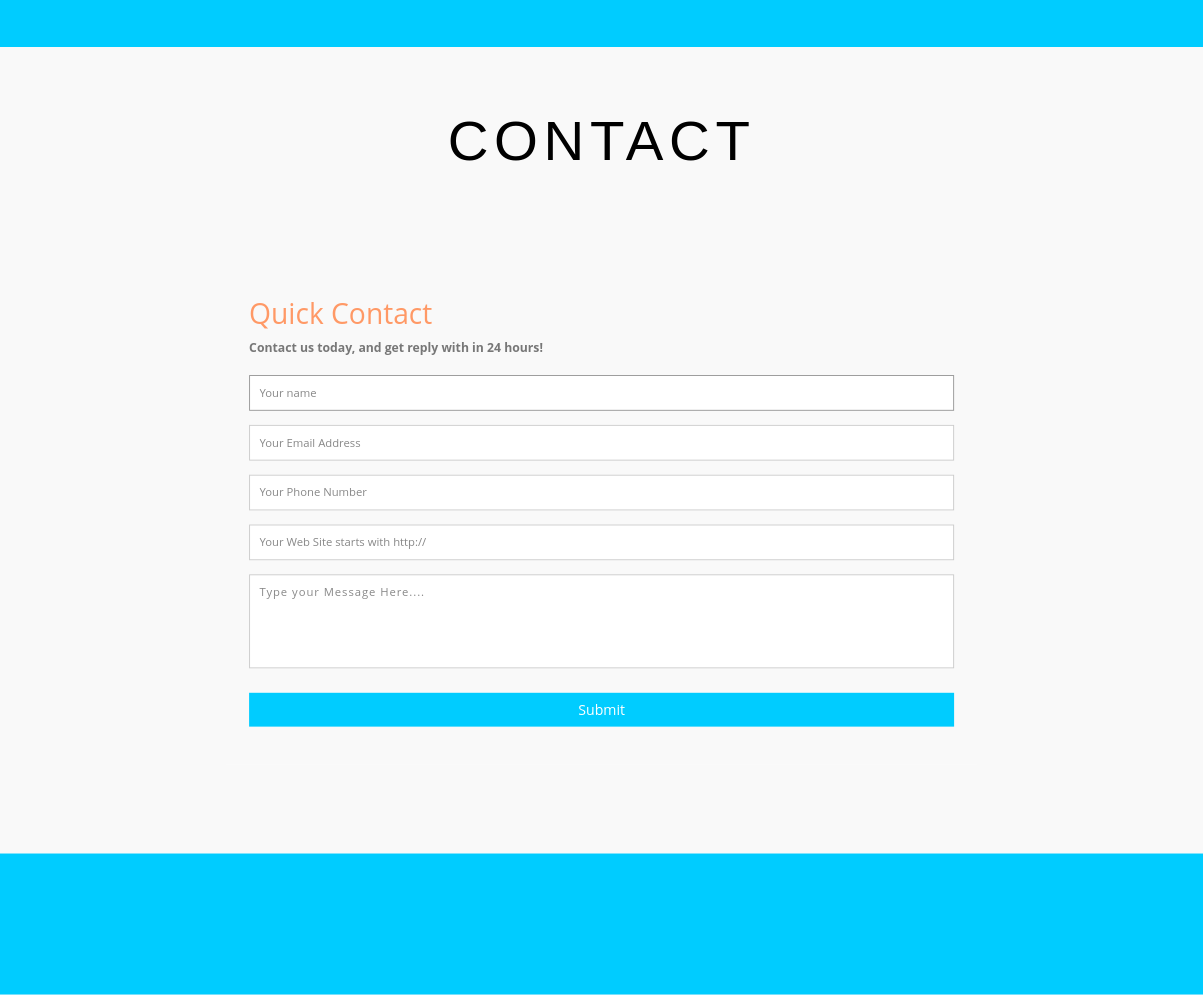
Repository: 365dayschallenge/interface_uniliver
Page: contact.html
An editor plug-in stored every save of this project. The page is shown before and after the next save, followed by the edit.
The browser window is 1280 px wide. The pictures show the whole page, at 94% of full size.

Above is the page before, as saved 2022-12-18 18:20:11.

### contact.html
<!DOCTYPE html>
<html lang="en">
<head>
    <meta charset="UTF-8">
    <meta http-equiv="X-UA-Compatible" content="IE=edge">
    <meta name="viewport" content="width=device-width, initial-scale=1.0">
    <title>Contact</title>
    <link rel="stylesheet" href="./css/contact.css">
   <link
      rel="stylesheet"
      href="https://cdnjs.cloudflare.com/ajax/libs/font-awesome/6.2.1/css/all.min.css"
      integrity="sha512-MV7K8+y+gLIBoVD59lQIYicR65iaqukzvf/nwasF0nqhPay5w/9lJmVM2hMDcnK1OnMGCdVK+iQrJ7lzPJQd1w=="
      crossorigin="anonymous"
      referrerpolicy="no-referrer"
    /></head>
<body>
  <section id="contact">

  <h1 class="section-header">Contact</h1>

  <div class="contact-wrapper">

  <!-- Left contact page -->
  <form id="contact" action="" method="post">
    <h3>Quick Contact</h3>
    <h4>Contact us today, and get reply with in 24 hours!</h4>
    <fieldset>
      <input placeholder="Your name" type="text" tabindex="1" required autofocus>
    </fieldset>
    <fieldset>
      <input placeholder="Your Email Address" type="email" tabindex="2" required>
    </fieldset>
    <fieldset>
      <input placeholder="Your Phone Number" type="tel" tabindex="3" required>
    </fieldset>
    <fieldset>
      <input placeholder="Your Web Site starts with http://" type="url" tabindex="4" required>
    </fieldset>
    <fieldset>
      <textarea placeholder="Type your Message Here...." tabindex="5" required></textarea>
    </fieldset>
    <fieldset>
      <button name="submit" type="submit" id="contact-submit" data-submit="...Sending">Submit</button>
    </fieldset>
  </form>

  <!-- Left contact page -->


  </div>

</section>


</body>
</html>

### css/contact.css
body {
  margin: 0;
  padding: 0;
  padding-bottom: 100px;
}

#contact {
  width: 100%;
  height: 100%;
}

.section-header {
  text-align: center;
  margin: 0 auto;
  padding: 40px 0;
  font: 300 60px 'Oswald', sans-serif;
  color: black;
  text-transform: uppercase;
  letter-spacing: 6px;
}

.contact-wrapper {
  display: flex;
  flex-direction: row;
  justify-content: space-between;
  margin: 0 auto;
  padding: 20px;
  position: relative;
  max-width: 840px;
}

/* Left contact page */
.form-horizontal {
  /*float: left;*/
  max-width: 400px;
  font-family: 'Lato';
  font-weight: 400;
}

.form-control,
textarea {
  max-width: 400px;
  background-color: #000;
  color: #fff;
  letter-spacing: 1px;
}

.send-button {
  margin-top: 15px;
  height: 34px;
  width: 400px;
  overflow: hidden;
  transition: all .2s ease-in-out;
}

.alt-send-button {
  width: 400px;
  height: 34px;
  transition: all .2s ease-in-out;
}

.send-text {
  display: block;
  margin-top: 10px;
  font: 700 12px 'Lato', sans-serif;
  letter-spacing: 2px;
}

.alt-send-button:hover {
  transform: translate3d(0px, -29px, 0px);
}

/* Begin Right Contact Page */
.direct-contact-container {
  max-width: 400px;
}

/* Location, Phone, Email Section */
.contact-list {
  list-style-type: none;
  margin-left: -30px;
  padding-right: 20px;
}

.list-item {
  line-height: 4;
  color: #aaa;
}

.contact-text {
  font: 300 18px 'Lato', sans-serif;
  letter-spacing: 1.9px;
  color: #bbb;
}

.place {
  margin-left: 62px;
}

.phone {
  margin-left: 56px;
}

.gmail {
  margin-left: 53px;
}

.contact-text a {
  color: #bbb;
  text-decoration: none;
  transition-duration: 0.2s;
}

.contact-text a:hover {
  color: #fff;
  text-decoration: none;
}


/* Social Media Icons */
.social-media-list {
  position: relative;
  font-size: 22px;
  text-align: center;
  width: 100%;
  margin: 0 auto;
  padding: 0;
}

.social-media-list li a {
  color: #fff;
}

.social-media-list li {
  position: relative;
  display: inline-block;
  height: 60px;
  width: 60px;
  margin: 10px 3px;
  line-height: 60px;
  border-radius: 50%;
  color: #fff;
  background-color: rgb(27,27,27);
  cursor: pointer;
  transition: all .2s ease-in-out;
}

.social-media-list li:after {
  content: '';
  position: absolute;
  top: 0;
  left: 0;
  width: 60px;
  height: 60px;
  line-height: 60px;
  border-radius: 50%;
  opacity: 0;
  box-shadow: 0 0 0 1px #fff;
  transition: all .2s ease-in-out;
}

.social-media-list li:hover {
  background-color: #fff;
}

.social-media-list li:hover:after {
  opacity: 1;
  transform: scale(1.12);
  transition-timing-function: cubic-bezier(0.37,0.74,0.15,1.65);
}

.social-media-list li:hover a {
  color: #000;
}

.copyright {
  font: 200 14px 'Oswald', sans-serif;
  color: #555;
  letter-spacing: 1px;
  text-align: center;
}

hr {
  border-color: rgba(255,255,255,.6);
}

/* Begin Media Queries*/
@media screen and (max-width: 850px) {
  .contact-wrapper {
    display: flex;
    flex-direction: column;
  }
  .direct-contact-container, .form-horizontal {
    margin: 0 auto;
  }

  .direct-contact-container {
    margin-top: 60px;
    max-width: 300px;
  }
  .social-media-list li {
    height: 60px;
    width: 60px;
    line-height: 60px;
  }
  .social-media-list li:after {
    width: 60px;
    height: 60px;
    line-height: 60px;
  }
}

@media screen and (max-width: 569px) {

  .direct-contact-container, .form-wrapper {
    float: none;
    margin: 0 auto;
  }
  .form-control, textarea {

    margin: 0 auto;
  }


  .name, .email, textarea {
    width: 280px;
  }

  .direct-contact-container {
    margin-top: 60px;
    max-width: 280px;
  }
  .social-media-list {
    left: 0;
  }
  .social-media-list li {
    height: 55px;
    width: 55px;
    line-height: 55px;
    font-size: 2rem;
  }
  .social-media-list li:after {
    width: 55px;
    height: 55px;
    line-height: 55px;
  }

}

@media screen and (max-width: 410px) {
  .send-button {
    width: 99%;
  }
}
@import url(https://fonts.googleapis.com/css?family=Open+Sans:400italic,400,300,600);

* {
	margin:0;
	padding:0;
	box-sizing:border-box;
	-webkit-box-sizing:border-box;
	-moz-box-sizing:border-box;
	-webkit-font-smoothing:antialiased;
	-moz-font-smoothing:antialiased;
	-o-font-smoothing:antialiased;
	font-smoothing:antialiased;
	text-rendering:optimizeLegibility;
}

body {
	font-family:"Open Sans", Helvetica, Arial, sans-serif;
	font-weight:300;
	font-size: 12px;
	line-height:30px;
	color:#777;
	background:#0CF;
}

.container {
	max-width:400px;
	width:100%;
	margin:0 auto;
	position:relative;
}

#contact input[type="text"], #contact input[type="email"], #contact input[type="tel"], #contact input[type="url"], #contact textarea, #contact button[type="submit"] { font:400 12px/16px "Open Sans", Helvetica, Arial, sans-serif; }

#contact {
	background:#F9F9F9;
	padding:25px;
	margin:50px 0;
}

#contact h3 {
	color: #F96;
	display: block;
	font-size: 30px;
	font-weight: 400;
}

#contact h4 {
	margin:5px 0 15px;
	display:block;
	font-size:13px;
}

fieldset {
	border: medium none !important;
	margin: 0 0 10px;
	min-width: 100%;
	padding: 0;
	width: 100%;
}

#contact input[type="text"], #contact input[type="email"], #contact input[type="tel"], #contact input[type="url"], #contact textarea {
	width:100%;
	border:1px solid #CCC;
	background:#FFF;
	margin:0 0 5px;
	padding:10px;
}

#contact input[type="text"]:hover, #contact input[type="email"]:hover, #contact input[type="tel"]:hover, #contact input[type="url"]:hover, #contact textarea:hover {
	-webkit-transition:border-color 0.3s ease-in-out;
	-moz-transition:border-color 0.3s ease-in-out;
	transition:border-color 0.3s ease-in-out;
	border:1px solid #AAA;
}

#contact textarea {
	height:100px;
	max-width:100%;
  resize:none;
}

#contact button[type="submit"] {
	cursor:pointer;
	width:100%;
	border:none;
	background:#0CF;
	color:#FFF;
	margin:0 0 5px;
	padding:10px;
	font-size:15px;
}

#contact button[type="submit"]:hover {
	background:#09C;
	-webkit-transition:background 0.3s ease-in-out;
	-moz-transition:background 0.3s ease-in-out;
	transition:background-color 0.3s ease-in-out;
}

#contact button[type="submit"]:active { box-shadow:inset 0 1px 3px rgba(0, 0, 0, 0.5); }

#contact input:focus, #contact textarea:focus {
	outline:0;
	border:1px solid #999;
}
::-webkit-input-placeholder {
 color:#888;
}
:-moz-placeholder {
 color:#888;
}
::-moz-placeholder {
 color:#888;
}
:-ms-input-placeholder {
 color:#888;
}

After the next save:
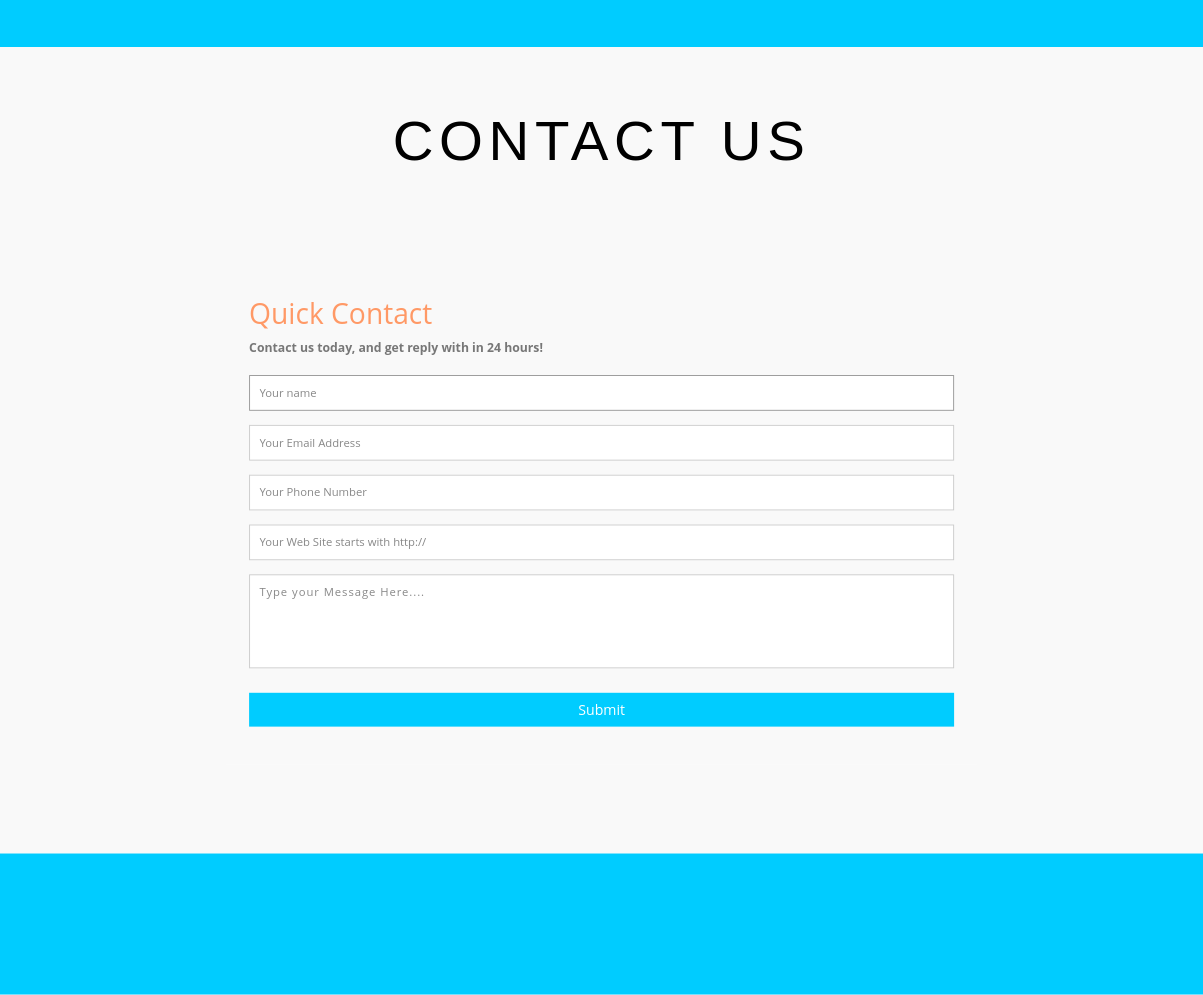
Saved 10 s later.
--- a/contact.html
+++ b/contact.html
@@ -16,7 +16,7 @@
 <body>
   <section id="contact">
 
-  <h1 class="section-header">Contact</h1>
+  <h1 class="section-header">Contact US</h1>
 
   <div class="contact-wrapper">
 
